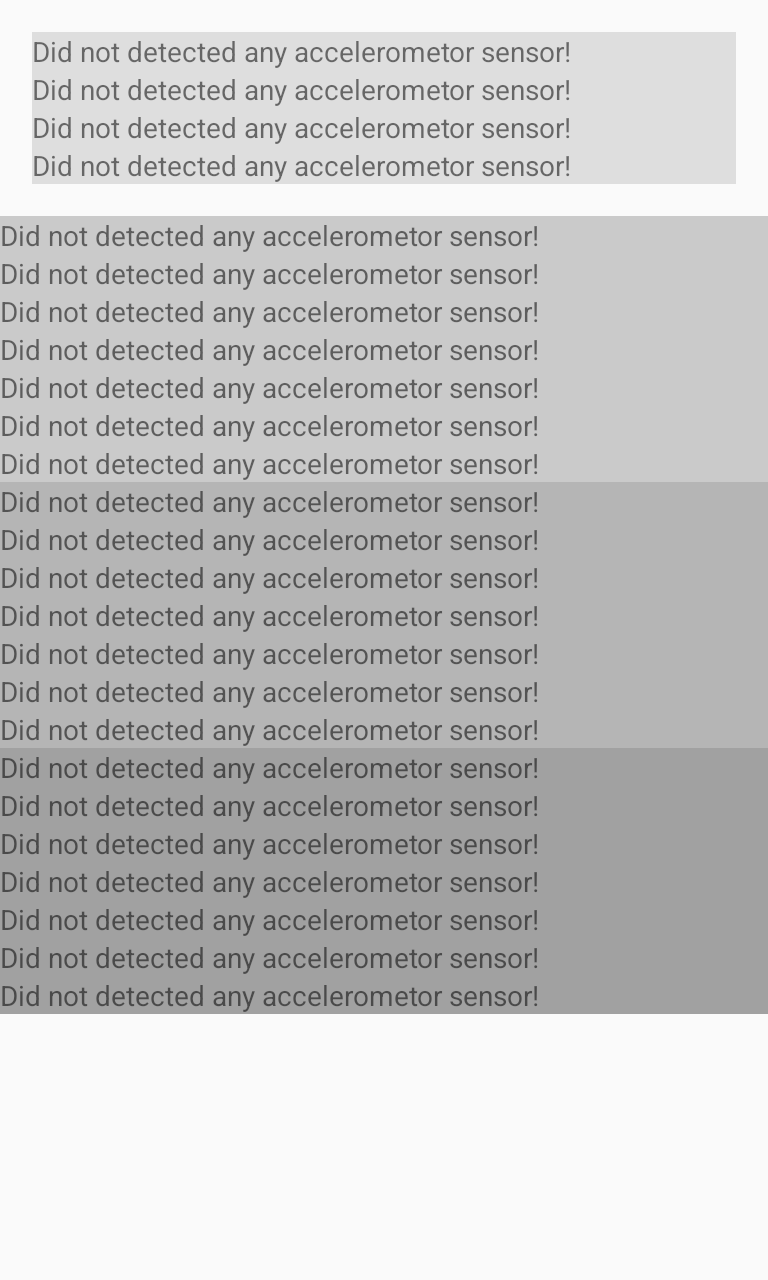
Repository: deyan-yosifov/Android
Layout: Workspace/BouncingBallGame/res/layout/activity_accelerometer_monitor.xml
These files come from the project's save history. The layout is drawn as it stood at one moment and after the next save; the edit follows.
It is drawn on a 768 x 1280 px phone screen (xhdpi) without system bars, with theme AppTheme; the app's code is not run.

Above is the layout before, as saved 2015-01-04 12:04:04.

### Workspace/BouncingBallGame/res/layout/activity_accelerometer_monitor.xml
<ScrollView xmlns:android="http://schemas.android.com/apk/res/android"
    xmlns:tools="http://schemas.android.com/tools"
    android:layout_width="fill_parent"
    android:layout_height="wrap_content"
    tools:context="${relativePackage}.${activityClass}">
	<LinearLayout
		android:layout_width="fill_parent"
	    android:layout_height="wrap_content"
	    android:orientation="vertical">

		<LinearLayout
		    android:layout_width="fill_parent"
	        android:layout_height="wrap_content"
	        android:layout_margin="@dimen/activity_vertical_margin"
	        android:orientation="vertical"
	        android:id="@+id/acceleromatorValues"
	        android:background="#99cccccc"
		    >
		    <TextView
		        android:layout_width="wrap_content"
		        android:layout_height="wrap_content"
		        android:id="@+id/accelerometer_x_coordinate_textView"
		        android:text="@string/no_accelerometer_found" />

		    <TextView
		        android:layout_width="wrap_content"
		        android:layout_height="wrap_content"
		        android:id="@+id/accelerometer_y_coordinate_textView"
		        android:text="@string/no_accelerometer_found" />

		    <TextView
		        android:layout_width="wrap_content"
		        android:layout_height="wrap_content"
		        android:id="@+id/accelerometer_z_coordinate_textView"
		        android:text="@string/no_accelerometer_found" />

		    <TextView
		        android:layout_width="wrap_content"
		        android:layout_height="wrap_content"
		        android:id="@+id/accelerometer_length_textView"
		        android:text="@string/no_accelerometer_found" />
		</LinearLayout>

		<LinearLayout
		    android:layout_width="fill_parent"
	        android:layout_height="wrap_content"
	        android:orientation="vertical"
	        android:id="@+id/linearAccelerationValues"
	        android:background="#99aaaaaa"
		    >
			<TextView
		        android:layout_width="wrap_content"
		        android:layout_height="wrap_content"
		        android:id="@+id/linearAcceleration_x_coordinate_textView"
		        android:text="@string/no_accelerometer_found" />

		    <TextView
		        android:layout_width="wrap_content"
		        android:layout_height="wrap_content"
		        android:id="@+id/linearAcceleration_y_coordinate_textView"
		        android:text="@string/no_accelerometer_found" />

		    <TextView
		        android:layout_width="wrap_content"
		        android:layout_height="wrap_content"
		        android:id="@+id/linearAcceleration_z_coordinate_textView"
		        android:text="@string/no_accelerometer_found" />

		    <TextView
		        android:layout_width="wrap_content"
		        android:layout_height="wrap_content"
		        android:id="@+id/linearAcceleration_length__textView"
		        android:text="@string/no_accelerometer_found" />

		    <TextView
		        android:layout_width="wrap_content"
		        android:layout_height="wrap_content"
		        android:id="@+id/min_linearAcceleration_length__textView"
		        android:text="@string/no_accelerometer_found" />

		    <TextView
		        android:layout_width="wrap_content"
		        android:layout_height="wrap_content"
		        android:id="@+id/max_linearAcceleration_length__textView"
		        android:text="@string/no_accelerometer_found" />

		    <TextView
		        android:layout_width="wrap_content"
		        android:layout_height="wrap_content"
		        android:id="@+id/average_linearAcceleration_length__textView"
		        android:text="@string/no_accelerometer_found" />
		</LinearLayout>

		<LinearLayout
		    android:layout_width="fill_parent"
	        android:layout_height="wrap_content"
	        android:orientation="vertical"
	        android:id="@+id/gravityValues"
	        android:background="#99888888"
		    >
			<TextView
		        android:layout_width="wrap_content"
		        android:layout_height="wrap_content"
		        android:id="@+id/gravity_x_coordinate_textView"
		        android:text="@string/no_accelerometer_found" />

		    <TextView
		        android:layout_width="wrap_content"
		        android:layout_height="wrap_content"
		        android:id="@+id/gravity_y_coordinate_textView"
		        android:text="@string/no_accelerometer_found" />

		    <TextView
		        android:layout_width="wrap_content"
		        android:layout_height="wrap_content"
		        android:id="@+id/gravity_z_coordinate_textView"
		        android:text="@string/no_accelerometer_found" />

		    <TextView
		        android:layout_width="wrap_content"
		        android:layout_height="wrap_content"
		        android:id="@+id/gravity_length_coordinate_textView"
		        android:text="@string/no_accelerometer_found" />

		    <TextView
		        android:layout_width="wrap_content"
		        android:layout_height="wrap_content"
		        android:id="@+id/min_gravity_length_textView"
		        android:text="@string/no_accelerometer_found" />

		    <TextView
		        android:layout_width="wrap_content"
		        android:layout_height="wrap_content"
		        android:id="@+id/max_gravity_length_textView"
		        android:text="@string/no_accelerometer_found" />

		    <TextView
		        android:layout_width="wrap_content"
		        android:layout_height="wrap_content"
		        android:id="@+id/average_gravity_length_textView"
		        android:text="@string/no_accelerometer_found" />
		</LinearLayout>

		<LinearLayout
		    android:layout_width="fill_parent"
	        android:layout_height="wrap_content"
	        android:orientation="vertical"
	        android:id="@+id/timeValues"
	        android:background="#99666666"
		    >
		    <TextView
		        android:layout_width="wrap_content"
		        android:layout_height="wrap_content"
		        android:id="@+id/currentTime_textView"
		        android:text="@string/no_accelerometer_found" />

		    <TextView
		        android:layout_width="wrap_content"
		        android:layout_height="wrap_content"
		        android:id="@+id/currentEventTime_textView"
		        android:text="@string/no_accelerometer_found" />

		    <TextView
		        android:layout_width="wrap_content"
		        android:layout_height="wrap_content"
		        android:id="@+id/currentDeltaTime_textView"
		        android:text="@string/no_accelerometer_found" />

		    <TextView
		        android:layout_width="wrap_content"
		        android:layout_height="wrap_content"
		        android:id="@+id/currentEventDeltaTime_textView"
		        android:text="@string/no_accelerometer_found" />

		    <TextView
		        android:layout_width="wrap_content"
		        android:layout_height="wrap_content"
		        android:id="@+id/averageDeltaTime_textView"
		        android:text="@string/no_accelerometer_found" />

		    <TextView
		        android:layout_width="wrap_content"
		        android:layout_height="wrap_content"
		        android:id="@+id/minDeltaTime_textView"
		        android:text="@string/no_accelerometer_found" />

		    <TextView
		        android:layout_width="wrap_content"
		        android:layout_height="wrap_content"
		        android:id="@+id/maxDeltaTime_textView"
		        android:text="@string/no_accelerometer_found" />
		</LinearLayout>
	</LinearLayout>
</ScrollView>

### Workspace/BouncingBallGame/res/values/styles.xml
<resources xmlns:android="http://schemas.android.com/apk/res/android">

    <!--
        Base application theme, dependent on API level. This theme is replaced
        by AppBaseTheme from res/values-vXX/styles.xml on newer devices.
    -->
    <style name="FallingRocksFonts" parent="@android:style/TextAppearance.Medium">
        <item name="android:layout_width">wrap_content</item>
        <item name="android:layout_height">wrap_content</item>
        <item name="android:textColor">#FF0000</item>
        <item name="android:background">#00FF00</item>
        <item name="android:padding">10dp</item>
        <item name="android:layout_centerHorizontal">true</item>
    </style>

    <style name="FallingRocksButtons" parent="@android:attr/buttonStyleSmall">
        <item name="android:layout_width">wrap_content</item>
        <item name="android:layout_height">wrap_content</item>
        <item name="android:padding">10dp</item>
        <item name="android:layout_centerHorizontal">true</item>
    </style>

    <style name="AppBaseTheme" parent="Theme.AppCompat.Light">
        <!--
            Theme customizations available in newer API levels can go in
            res/values-vXX/styles.xml, while customizations related to
            backward-compatibility can go here.
        -->

    </style>

    <!-- Application theme. -->
    <style name="AppTheme" parent="AppBaseTheme">
        <!-- All customizations that are NOT specific to a particular API-level can go here. -->
    </style>

</resources>

### Workspace/BouncingBallGame/res/values/dimens.xml
<resources>

    <!-- Default screen margins, per the Android Design guidelines. -->
    <dimen name="activity_horizontal_margin">16dp</dimen>
    <dimen name="activity_vertical_margin">16dp</dimen>
    <dimen name="accelerometerMonitor_linearLayout_margin">10dp</dimen>

</resources>

### Workspace/BouncingBallGame/res/values/strings.xml
<?xml version="1.0" encoding="utf-8"?>
<resources>

    <string name="app_name">Falling Rocks</string>
    <string name="hello_world">Hello world!</string>
    <string name="no_accelerometer_found">Did not detected any accelerometor sensor!</string>
    <string name="welcome_header">Welcome to Bouncing ball game!</string>
    <string name="button_monitor_accelerometer">Monitor accelerometer</string>
    <string name="action_settings">Settings</string>
    <string name="title_activity_single_player_game">Play game!</string>

</resources>

Loaded but not shown: Workspace/BouncingBallGame/res/values-v11/styles.xml (common file); Workspace/BouncingBallGame/res/values-v14/styles.xml (common file)

After the next save:
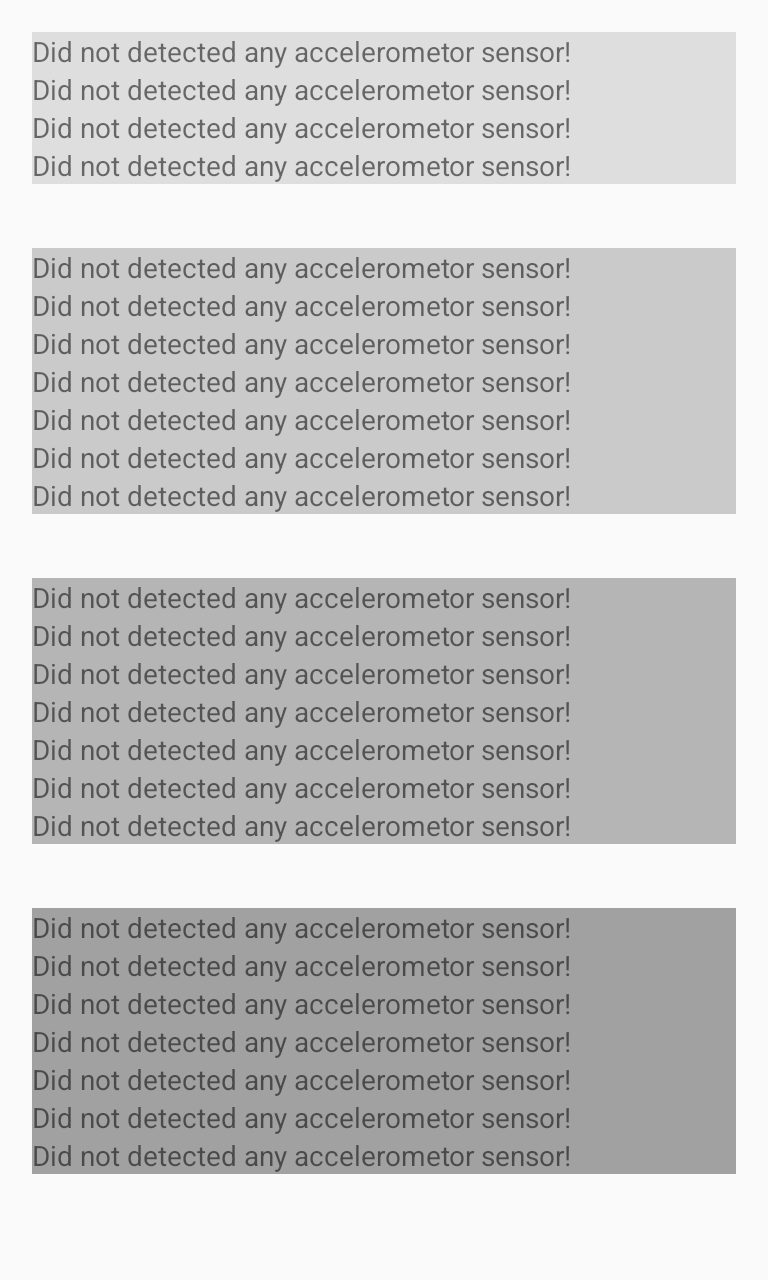
Saved 15 s later.
--- a/Workspace/BouncingBallGame/res/layout/activity_accelerometer_monitor.xml
+++ b/Workspace/BouncingBallGame/res/layout/activity_accelerometer_monitor.xml
@@ -44,6 +44,7 @@
 		<LinearLayout
 		    android:layout_width="fill_parent"
 	        android:layout_height="wrap_content"
+	        android:layout_margin="@dimen/activity_vertical_margin"
 	        android:orientation="vertical"
 	        android:id="@+id/linearAccelerationValues"
 	        android:background="#99aaaaaa"
@@ -94,6 +95,7 @@
 		<LinearLayout
 		    android:layout_width="fill_parent"
 	        android:layout_height="wrap_content"
+	        android:layout_margin="@dimen/activity_vertical_margin"
 	        android:orientation="vertical"
 	        android:id="@+id/gravityValues"
 	        android:background="#99888888"
@@ -144,6 +146,7 @@
 		<LinearLayout
 		    android:layout_width="fill_parent"
 	        android:layout_height="wrap_content"
+	        android:layout_margin="@dimen/activity_vertical_margin"
 	        android:orientation="vertical"
 	        android:id="@+id/timeValues"
 	        android:background="#99666666"
